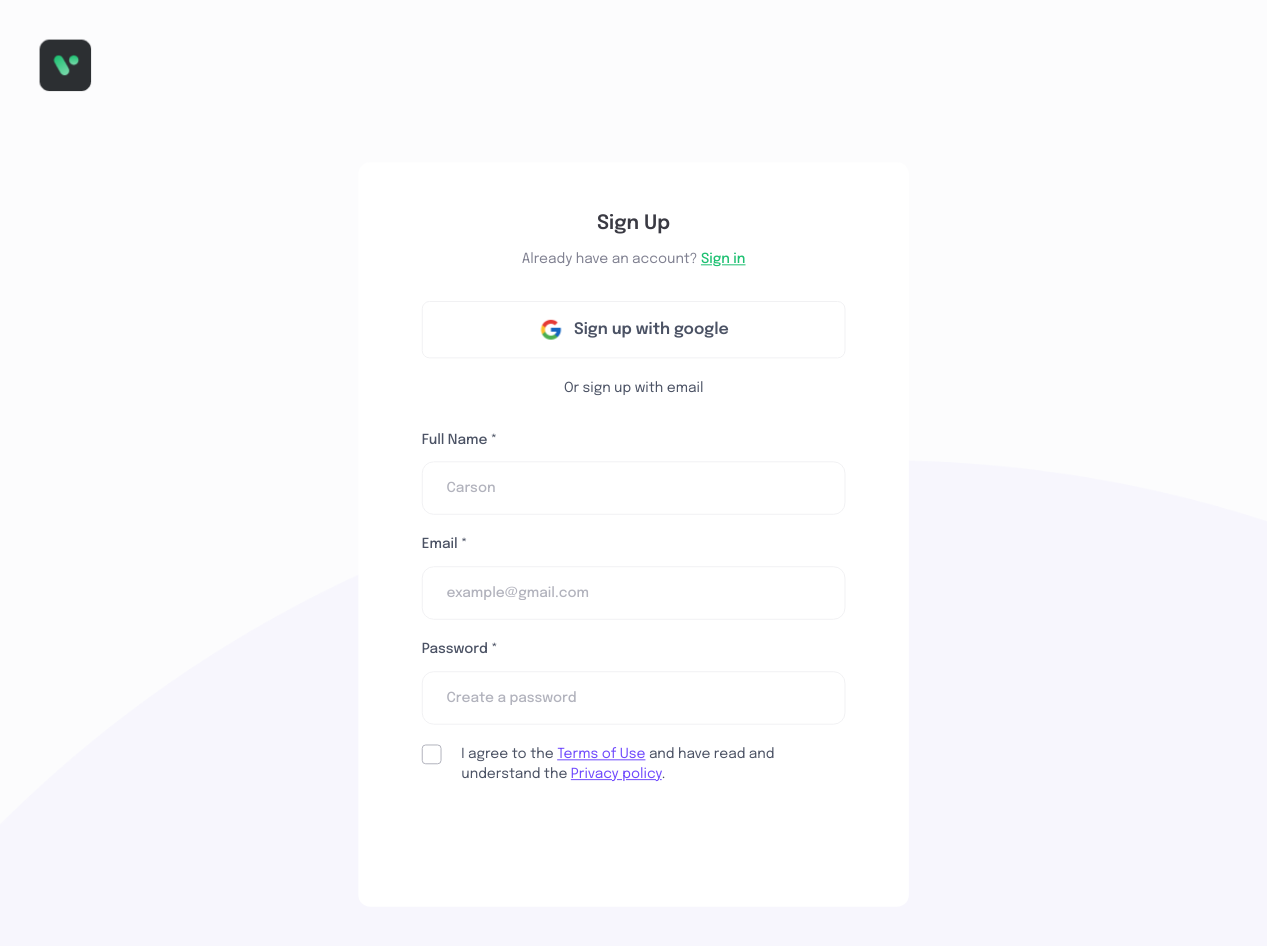
Repository: CarsonDev1/Crowfunding
Page: /sign-up
An editor plug-in stored every save of this project. The page is shown before and after the next save, followed by the edit.
The browser window is 1280 px wide. The pictures show the whole page, at 99% of full size.
The project was rebuilt for these pictures with package versions that can differ from the ones it lists, and the page was loaded fresh each time. Also part of the build but not shown: src/components/common/ErrorComponent.jsx, src/pages/SignIn.jsx.

Above is the page before, as saved 2023-04-07 11:43:49.

### public/index.html
<!DOCTYPE html>
<html lang="en">

<head>
  <meta charset="utf-8" />
  <link rel="icon" href="%PUBLIC_URL%/favicon.ico" />
  <meta name="viewport" content="width=device-width, initial-scale=1" />
  <meta name="theme-color" content="#000000" />
  <meta name="description" content="Web site created using create-react-app" />
  <link rel="apple-touch-icon" href="%PUBLIC_URL%/logo192.png" />
  <link rel="preconnect" href="https://fonts.googleapis.com">
  <link rel="preconnect" href="https://fonts.gstatic.com" crossorigin>
  <link
    href="https://fonts.googleapis.com/css2?family=Epilogue:ital,wght@0,300;0,400;0,500;0,600;0,700;0,800;0,900;1,300;1,400;1,500;1,600;1,700;1,800&family=Poppins:ital,wght@0,400;0,500;0,600;0,700;0,800;1,400;1,500;1,600;1,700&display=swap"
    rel="stylesheet">
  <!--
      manifest.json provides metadata used when your web app is installed on a
      user's mobile device or desktop. See https://developers.google.com/web/fundamentals/web-app-manifest/
    -->
  <link rel="manifest" href="%PUBLIC_URL%/manifest.json" />
  <!--
      Notice the use of %PUBLIC_URL% in the tags above.
      It will be replaced with the URL of the `public` folder during the build.
      Only files inside the `public` folder can be referenced from the HTML.

      Unlike "/favicon.ico" or "favicon.ico", "%PUBLIC_URL%/favicon.ico" will
      work correctly both with client-side routing and a non-root public URL.
      Learn how to configure a non-root public URL by running `npm run build`.
    -->
  <title>React App</title>
</head>

<body>
  <noscript>You need to enable JavaScript to run this app.</noscript>
  <div id="root"></div>
  <!--
      This HTML file is a template.
      If you open it directly in the browser, you will see an empty page.

      You can add webfonts, meta tags, or analytics to this file.
      The build step will place the bundled scripts into the <body> tag.

      To begin the development, run `npm start` or `yarn start`.
      To create a production bundle, use `npm run build` or `yarn build`.
    -->
</body>

</html>

### src/index.js
import React from "react";
import ReactDOM from "react-dom/client";
import "./index.scss";
import App from "./App";
import { BrowserRouter } from "react-router-dom";

const root = ReactDOM.createRoot(document.getElementById("root"));
root.render(
	<React.StrictMode>
		<BrowserRouter>
			<App />
		</BrowserRouter>
	</React.StrictMode>
);

### src/index.scss
@tailwind base;
@tailwind components;
@tailwind utilities;

@layer base {
	body {
		@apply font-primary text-base font-normal;
		line-height: 1.5;
	}
	input {
		@apply outline-none;
	}
}

### src/App.js
import { lazy } from "react";
import { Route, Routes } from "react-router-dom";
import SignIn from "./pages/SignIn";

const SignUp = lazy(() => import("./pages/SignUp"));

function App() {
	return (
		<Routes>
			<Route path="/sign-up" element={<SignUp />}></Route>
			<Route path="/sign-in" element={<SignIn />}></Route>
		</Routes>
	);
}

export default App;

### src/pages/SignUp.jsx
import React from "react";
import { useForm } from "react-hook-form";
import { Link } from "react-router-dom";
import { Input } from "components/input";
import { Label } from "components/label";
import LayoutAuthentication from "layouts/LayoutAuthentication";
import FormGroup from "components/common/FormGroup";
import { Button } from "components/button";

function SignUp() {
	const {
		handleSubmit,
		control,
		// formState: { isValid, isSubmitting },
	} = useForm({});
	const handleSignUp = (values) => {};
	return (
		<LayoutAuthentication heading="Sign Up">
			<p className="mb-6 text-xs font-normal text-center lg:text-sm text-text3 lg:mb-8">
				Already have an account?{" "}
				<Link to="/sign-in" className="font-medium underline text-primary">
					Sign in
				</Link>
			</p>
			<button className="flex items-center justify-center w-full py-4 mb-5 text-base font-semibold border rounded-lg gap-x-3 border-strock text-text2">
				<img srcSet="/icon/Google.png 2x" alt="icon-google" />
				<span>Sign up with google</span>
			</button>
			<p className="mb-4 text-xs font-normal text-center lg:text-sm lg:mb-8 text-text2">Or sign up with email</p>
			<form onSubmit={handleSubmit(handleSignUp)}>
				<FormGroup>
					<Label htmlFor="name">Full Name *</Label>
					<Input placeholder="Carson" control={control} name="name" />
				</FormGroup>
				<FormGroup>
					<Label htmlFor="email">Email *</Label>
					<Input placeholder="example@gmail.com" type="email" control={control} name="email" />
				</FormGroup>
				<FormGroup>
					<Label htmlFor="password">Password *</Label>
					<Input placeholder="Create a password" type="password" control={control} name="password" />
				</FormGroup>
				<div className="flex items-start mb-5 gap-x-5">
					<span className="inline-block w-5 h-5 border rounded border-text4"></span>
					<p className="flex-1 text-sm text-text2">
						I agree to the <span className="underline text-secondary">Terms of Use</span> and have read and
						understand the <span className="underline text-secondary">Privacy policy</span>.
					</p>
				</div>
				<Button>Create my account</Button>
			</form>
		</LayoutAuthentication>
	);
}

export default SignUp;

### src/layouts/LayoutAuthentication.jsx
import React from "react";
import { Link } from "react-router-dom";
import PropTypes from "prop-types";
import { withErrorBoundary } from "react-error-boundary";
import ErrorComponent from "../components/common/ErrorComponent";

function LayoutAuthentication(props) {
	const { children, heading = "" } = props;
	return (
		<div className="relative w-full min-h-screen p-10 bg-lite isolate">
			<img
				src="/ellipse.png"
				alt="back-ground"
				className="absolute pointer-events-none bottom-0 left-0 right-0 z-[-1]"
			/>
			<Link to="/" className="inline-block mb-5 lg:mb-16">
				<img src="/Logo.png" alt="Logo" />
			</Link>
			<div className="w-full max-w-[556px] bg-white rounded-xl px-5 py-8 lg:px-16 lg:py-12 mx-auto">
				<h1 className="mb-1 text-lg font-semibold text-center lg:text-xl lg:mb-3 text-text1">{heading}</h1>
				{children}
			</div>
		</div>
	);
}
LayoutAuthentication.propTypes = {
	heading: PropTypes.string,
	children: PropTypes.node,
};

export default withErrorBoundary(LayoutAuthentication, {
	FallbackComponent: ErrorComponent,
});

### src/components/common/FormGroup.jsx
import React from "react";

function FormGroup({ children }) {
	return <div className="flex flex-col mb-5 gap-y-3">{children}</div>;
}

export default FormGroup;

### src/components/button/index.js
export const { default: Button } = require("./Button");

### src/components/input/Input.jsx
import React from "react";
import { useController } from "react-hook-form";
import PropTypes from "prop-types";

function Input(props) {
	const { control, name, type = "text", ...rest } = props;
	const { field } = useController({
		control,
		name,
		defaultValue: "",
	});
	return (
		<div className="relative">
			<input
				id={name}
				type={type}
				className="w-full px-6 py-4 text-sm font-medium border rounded-xl border-strock text-text1 placeholder:text-text4"
				{...rest}
				{...field}
			/>
		</div>
	);
}
Input.propTypes = {
	name: PropTypes.string,
	type: PropTypes.string,
	control: PropTypes.any.isRequired,
};
export default Input;

### src/components/label/Label.jsx
import React from "react";
import PropTypes from "prop-types";

function Label(props) {
	const { children, htmlFor = "", className = "" } = props;
	return (
		<label htmlFor={htmlFor} className={`inline-block text-sm font-medium cursor-pointer text-text2 ${className}`}>
			{children}
		</label>
	);
}
Label.propTypes = {
	children: PropTypes.node,
	htmlFor: PropTypes.string,
	className: PropTypes.string,
};
export default Label;

### src/components/button/Button.jsx
import React from "react";
import PropsTypes from "prop-types";

function Button({ type = "button", children, className = "" }) {
	return (
		<button
			className={`flex items-center justify-center py-4 text-base font-semibold rounded-xl text-white ${className}`}
			type={type}
		>
			{children}
		</button>
	);
}
Button.propTypes = {
	type: PropsTypes.string.isRequired,
	className: PropsTypes.string,
	children: PropsTypes.node,
};
export default Button;

### tailwind.config.js
/** @type {import('tailwindcss').Config} */
module.exports = {
	darkMode: "class",
	content: ["./src/**/*.{js,jsx,ts,tsx}"],
	theme: {
		extend: {
			fontFamily: {
				primary: ["Epilogue", "san-serif"],
			},
			colors: {
				primary: "#1DC071",
				secondary: "#6F49FD",
				text1: "#3A3A43",
				text2: "#4B5264",
				text3: "#808191",
				text4: "#B2B3BD",
				"icon-color": "#A2A2A8",
				white: "#FFFFFF",
				whiteSoft: "#FCFBFF",
				graySoft: "#FCFCFC",
				strock: "#F1F1F3",
				lite: "#FCFCFD",
				error: "#EB5757",
				darkbg: "#13131A",
				darkSecondary: "#1C1C24",
				softDark: "#22222C",
				darkSoft: "#24242C",
				darkStroke: "#3A3A43",
				darkRed: "#422C32",
			},
		},
	},
	plugins: [],
};

Loaded but not shown: src/components/input/index.js (common file); src/components/label/index.js (common file)

After the next save:
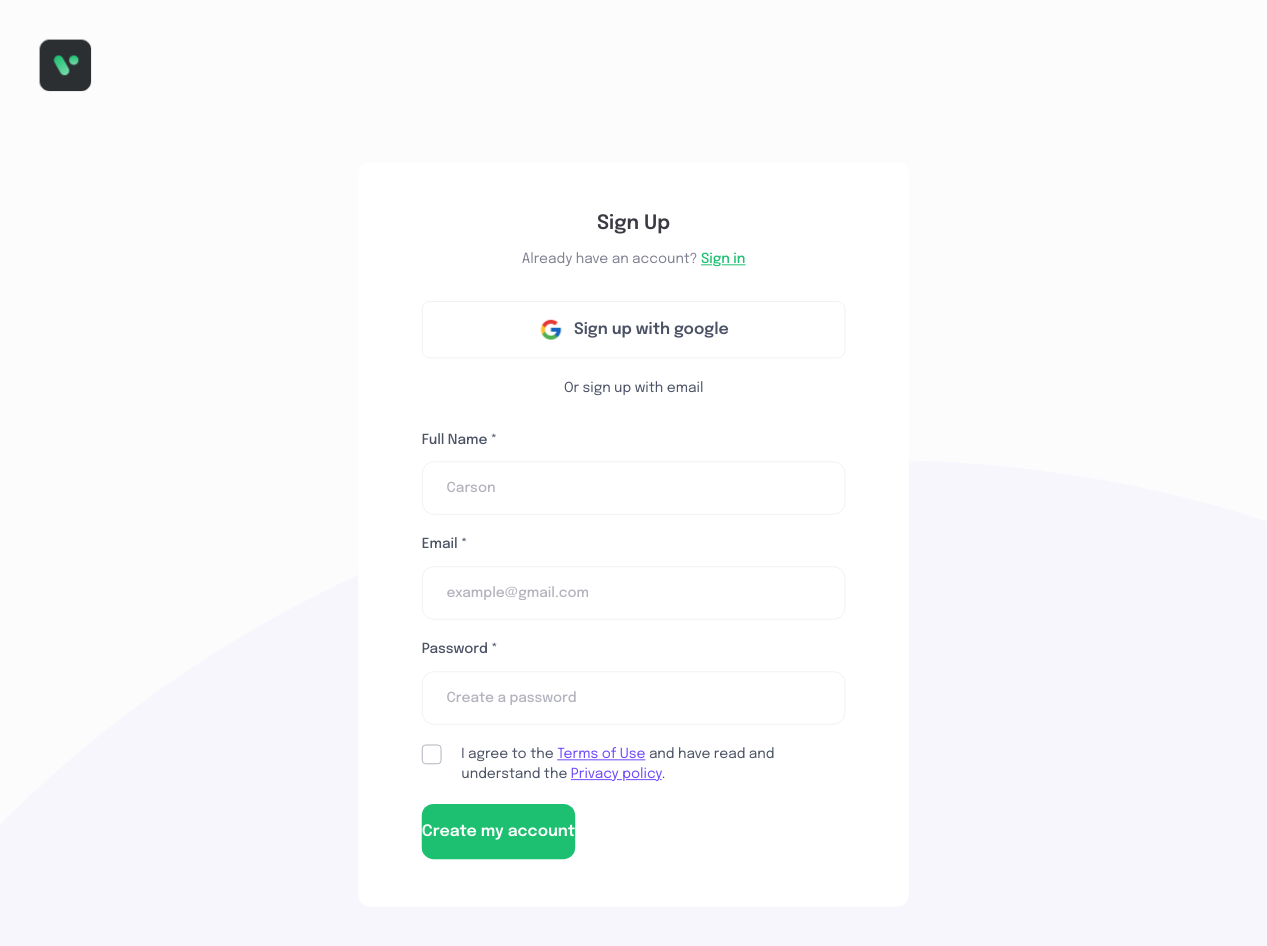
Saved 13 s later.
--- a/src/pages/SignUp.jsx
+++ b/src/pages/SignUp.jsx
@@ -47,7 +47,7 @@ function SignUp() {
 						understand the <span className="underline text-secondary">Privacy policy</span>.
 					</p>
 				</div>
-				<Button>Create my account</Button>
+				<Button className="bg-primary">Create my account</Button>
 			</form>
 		</LayoutAuthentication>
 	);
